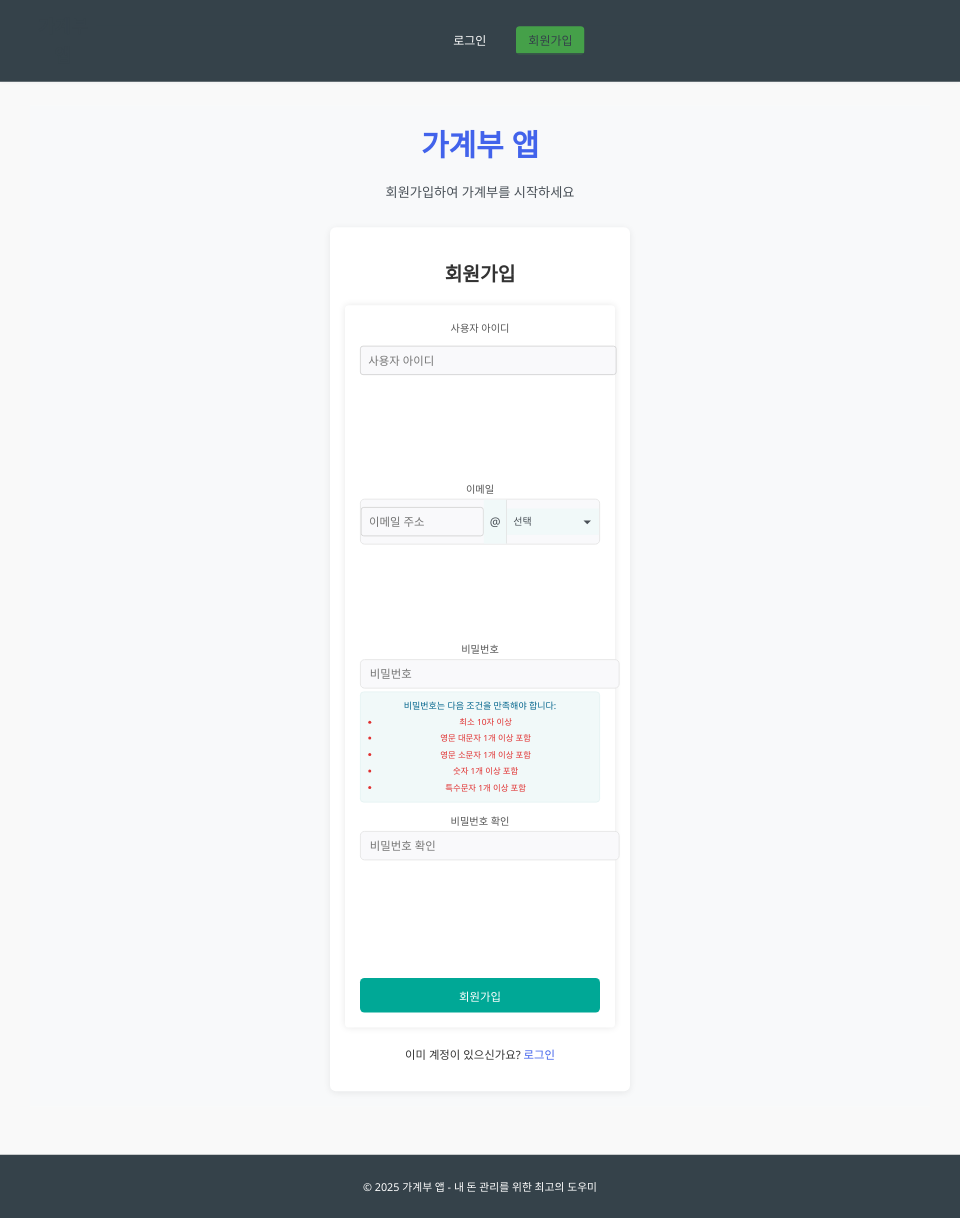
Repository: dldnwls07/Register_Login_Form
Page: /register
An editor plug-in stored every save of this project. The page is shown before and after the next save, followed by the edit.
The browser window is 1280 px wide. The pictures show the whole page, at 75% of full size.
The project was rebuilt for these pictures with package versions that can differ from the ones it lists, and the page was loaded fresh each time. Also part of the build but not shown: src/components/Summary.jsx, src/styles/pages/MainPage.css, src/pages/MainPage.jsx, src/utils/categoryData.js, src/components/CategorySelector.jsx, src/components/EntryForm.jsx, src/components/EntryTable.jsx, src/components/SearchBar.jsx and 15 more.

Above is the page before, as saved 2025-05-23 14:23:54.

After the next save:
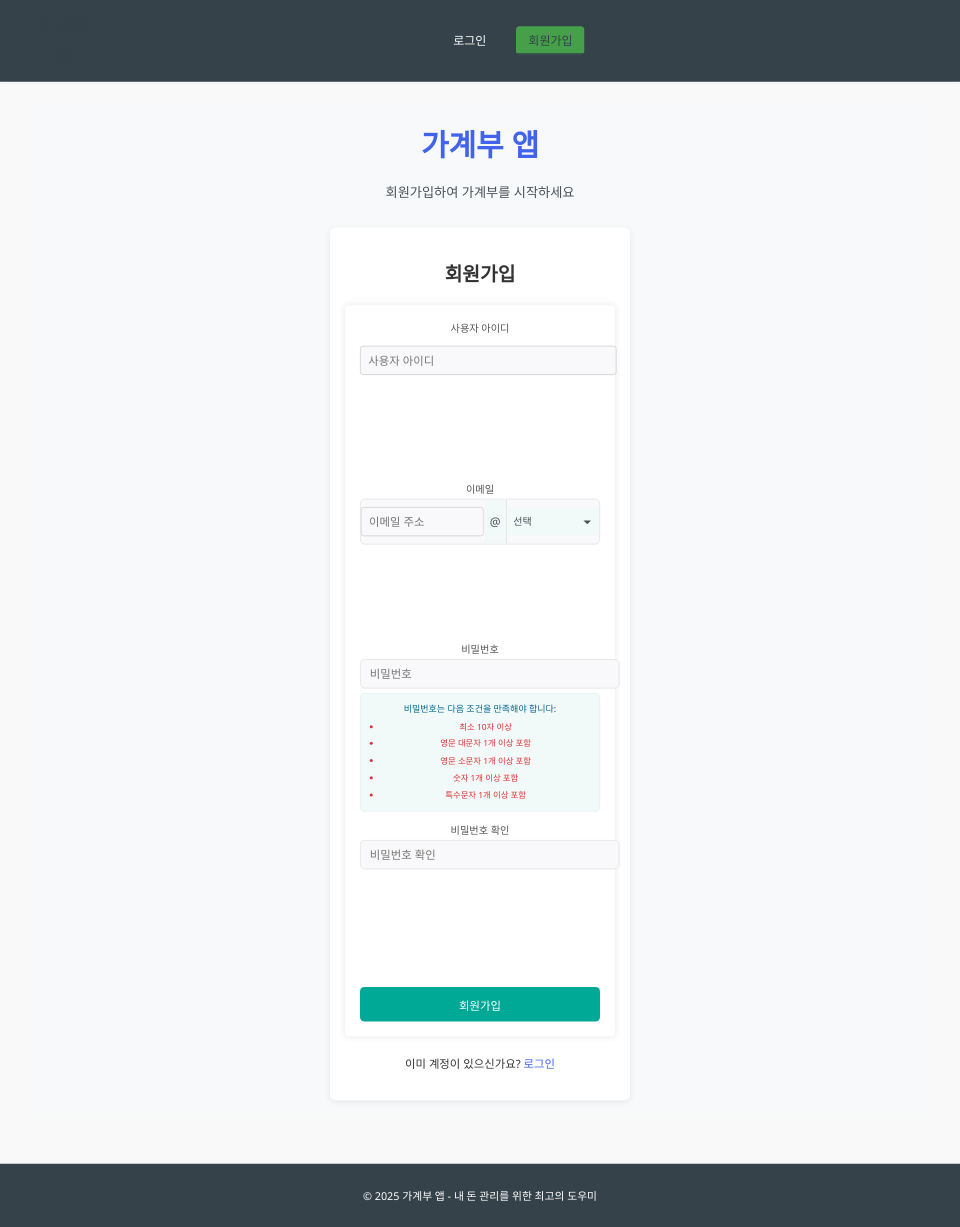
Saved 27 s later.
--- a/src/styles/components/AuthForm.css
+++ b/src/styles/components/AuthForm.css
@@ -337,15 +337,17 @@
 .password-policy {
   font-size: 0.75rem;
   color: #495057;
-  margin-top: 4px;
-  padding: 8px 10px;
+  margin-top: 6px;
+  padding: 10px 12px;
   background-color: #f1f9f9;
-  border-radius: 5px;
+  border-radius: 6px;
   border: 1px solid #e2f1f1;
+  box-shadow: 0 1px 3px rgba(0, 0, 0, 0.02);
+  transition: all 0.3s ease;
 }
 
 .password-policy p {
-  margin: 0 0 4px 0;
+  margin: 0 0 6px 0;
   font-weight: 500;
   font-size: 0.75rem;
   color: #05668d;
@@ -356,21 +358,36 @@
   padding-left: 15px;
   display: grid;
   grid-template-columns: 1fr;
-  gap: 3px;
+  gap: 4px;
 }
 
 .password-policy li {
   margin-bottom: 2px;
   font-size: 0.7rem;
   line-height: 1.5;
+  transition: color 0.3s ease;
+  position: relative;
 }
 
 .password-policy li.met {
-  color: #2b8a3e;
+  color: #00a896;
+}
+
+.password-policy li.met::before {
+  content: "✓";
+  display: inline-block;
+  margin-right: 2px;
+  animation: pulseGreen 0.3s ease-in-out;
 }
 
 .password-policy li.not-met {
   color: #e03131;
+}
+
+@keyframes pulseGreen {
+  0% { transform: scale(1); }
+  50% { transform: scale(1.2); }
+  100% { transform: scale(1); }
 }
 
 .form-options {
